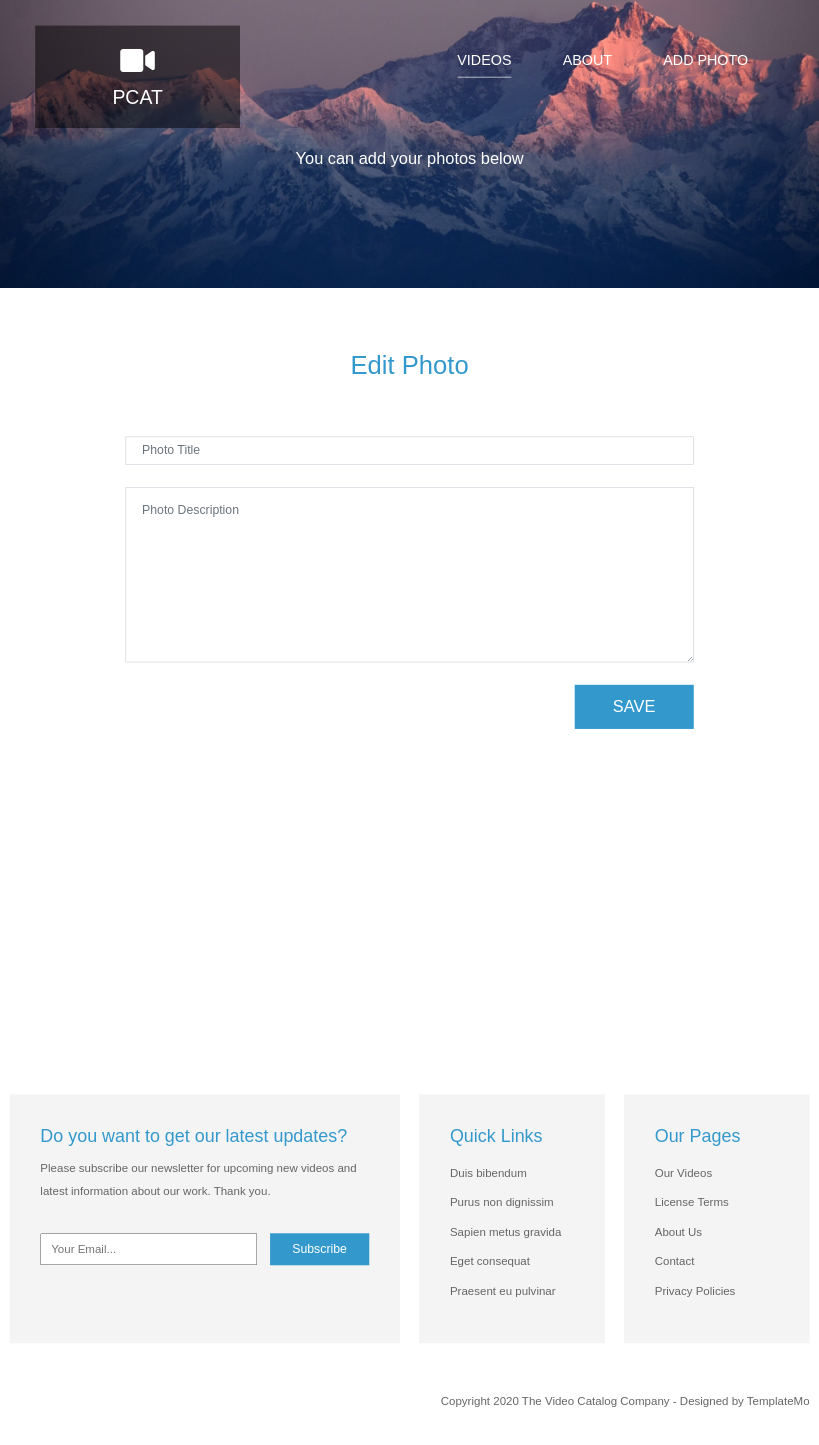
Repository: Marhamat92/PCAT-project-with-node-backend
Page: views/edit.ejs
These files come from the project's save history. The page is drawn as it stood at one moment and after the next save; the edit follows.
The browser window is 1280 px wide. The pictures show the whole page, at 64% of full size.
Backgrounds fixed to the window are drawn as part of the page. Some web fonts or font styles are not loaded; a fallback is used. The page is served by the project's Node server (app.js). Other server files are loaded and not shown. The template is opened directly, without the code that normally fills it, so the values that code supplies are empty.

Above is the page before, as saved 2023-02-23 00:49:27.

### views/edit.ejs
<%- include('partials/_header') %>

  <body>
    <div class="tm-page-wrap mx-auto">
      <div class="position-relative">
        <%- include('partials/_navigation') %>
          <div class="tm-welcome-container tm-fixed-header tm-fixed-header-3">
            <div class="text-center">
              <p class="pt-5 px-3 tm-welcome-text tm-welcome-text-2 mb-1 mt-lg-0 mt-5 text-white mx-auto">
                You can add your photos below
              </p>
            </div>
          </div>

          <div id="tm-fixed-header-bg"></div> <!-- Header image -->
      </div>

      <!-- Page content -->
      <main>
        <div class="container-fluid px-0">
          <div class="mx-auto tm-content-container">
            <div class="row mt-3 mb-5 pb-3">
              <div class="col-12">
                <h2 class="tm-page-title mb-4 tm-text-primary text-center">Edit Photo</h2>
              </div>
            </div>
            <div class="mx-auto pb-3 tm-about-text-container px-3">
              <div class="row">
                <div class="col-lg-12 mb-5">
                  <form method="POST" action="/photos/<%=photo._id%>?_method=PUT" class="tm-contact-form"
                    encType="multipart/form-data">
                    <div class="form-group">
                      <input value="<%= photo.title %>" type="text" name="title" placeholder="Photo Title"
                        class="form-control rounded-0" required />
                    </div>


                    <div class="form-group">
                      <textarea rows="8" name="description" class="form-control rounded-0"
                        placeholder="Photo Description" required><%= photo.description %></textarea>
                    </div>
                    <div class="form-group mb-0">
                      <button type="submit"
                        class="btn btn-primary rounded-0 d-block ml-auto mr-0 tm-btn-animate tm-btn-submit tm-icon-submit"><span>SAVE</span></button>
                    </div>
                  </form>
                </div>

              </div>
            </div>
          </div>

          <div class="parallax-window parallax-window-2" data-parallax="scroll" data-image-src="img/contact-2.jpg">
          </div>


        </div>
      </main>

      <%- include('partials/_footer') %>
    </div>

    <script src="js/jquery-3.4.1.min.js"></script>
    <script src="js/bootstrap.min.js"></script>
    <script src="js/parallax.min.js"></script>
  </body>

  </html>

### views/partials/_header.ejs
<!DOCTYPE html>
<html lang="en">

<head>
  <meta charset="UTF-8">
  <meta name="viewport" content="width=device-width, initial-scale=1.0">
  <title>Video Catalog</title>
  <link rel="stylesheet" href="/fontawesome/css/all.min.css"> <!-- https://fontawesome.com/ -->
  <link href="https://fonts.googleapis.com/css2?family=Source+Sans+Pro&display=swap" rel="stylesheet">
  <!-- https://fonts.google.com/ -->
  <link rel="stylesheet" href="/css/bootstrap.min.css">
  <link rel="stylesheet" href="/css/templatemo-video-catalog.css">
  <!--

TemplateMo 552 Video Catalog

https://templatemo.com/tm-552-video-catalog

-->
</head>

### views/partials/_navigation.ejs
<div class="position-absolute tm-site-header">
  <div class="container-fluid position-relative">
    <div class="row">
      <div class="col-7 col-md-4">
        <a href="/" class="tm-bg-black text-center tm-logo-container">
          <i class="fas fa-video tm-site-logo mb-3"></i>
          <h1 class="tm-site-name">PCAT</h1>
        </a>
      </div>
      <div class="col-5 col-md-8 ml-auto mr-0">
        <div class="tm-site-nav">
          <nav class="navbar navbar-expand-lg mr-0 ml-auto" id="tm-main-nav">
            <button class="navbar-toggler tm-bg-black py-2 px-3 mr-0 ml-auto collapsed" type="button"
              data-toggle="collapse" data-target="#navbar-nav" aria-controls="navbar-nav" aria-expanded="false"
              aria-label="Toggle navigation">
              <span>
                <i class="fas fa-bars tm-menu-closed-icon"></i>
                <i class="fas fa-times tm-menu-opened-icon"></i>
              </span>
            </button>
            <div class="collapse navbar-collapse tm-nav" id="navbar-nav">
              <ul class="navbar-nav text-uppercase">
                <li class="nav-item active">
                  <a class="nav-link tm-nav-link" href="/">Videos <span class="sr-only">(current)</span></a>
                </li>
                <li class="nav-item">
                  <a class="nav-link tm-nav-link" href="/about">About</a>
                </li>
                <li class="nav-item">
                  <a class="nav-link tm-nav-link" href="/add">Add Photo</a>
                </li>
              </ul>
            </div>
          </nav>
        </div>
      </div>
    </div>
  </div>
</div>

### views/partials/_footer.ejs
<div class="container-fluid tm-content-container mx-auto pt-5">
  <!-- Subscribe form and footer links -->
  <div class="row mt-5 pt-3">
    <div class="col-xl-6 col-lg-12 mb-4">
      <div class="tm-bg-gray p-5 h-100">
        <h3 class="tm-text-primary mb-3">Do you want to get our latest updates?</h3>
        <p class="mb-5">Please subscribe our newsletter for upcoming new videos and latest
          information
          about our
          work. Thank you.</p>
        <form action="" method="GET" class="tm-subscribe-form">
          <input type="text" name="email" placeholder="Your Email..." required>
          <button type="submit" class="btn rounded-0 btn-primary tm-btn-small">Subscribe</button>
        </form>
      </div>
    </div>
    <div class="col-xl-3 col-lg-6 col-md-6 col-sm-6 col-12 mb-4">
      <div class="p-5 tm-bg-gray">
        <h3 class="tm-text-primary mb-4">Quick Links</h3>
        <ul class="list-unstyled tm-footer-links">
          <li><a href="#">Duis bibendum</a></li>
          <li><a href="#">Purus non dignissim</a></li>
          <li><a href="#">Sapien metus gravida</a></li>
          <li><a href="#">Eget consequat</a></li>
          <li><a href="#">Praesent eu pulvinar</a></li>
        </ul>
      </div>
    </div>
    <div class="col-xl-3 col-lg-6 col-md-6 col-sm-6 col-12 mb-4">
      <div class="p-5 tm-bg-gray h-100">
        <h3 class="tm-text-primary mb-4">Our Pages</h3>
        <ul class="list-unstyled tm-footer-links">
          <li><a href="#">Our Videos</a></li>
          <li><a href="#">License Terms</a></li>
          <li><a href="#">About Us</a></li>
          <li><a href="#">Contact</a></li>
          <li><a href="#">Privacy Policies</a></li>
        </ul>
      </div>
    </div>
  </div> <!-- row -->

  <footer class="row pt-5">
    <div class="col-12">
      <p class="text-right">Copyright 2020 The Video Catalog Company

        - Designed by <a href="https://templatemo.com" rel="nofollow" target="_parent">TemplateMo</a>
      </p>
    </div>
  </footer>
</div>

### app.js
const express = require('express')  //!express
const app = express()  //!express
const fileUpload = require('express-fileupload'); //!file upload için
const path = require('path')  //!path
const fs = require('fs') //!file system
const ejs = require('ejs') //!ejs
const mongoose = require('mongoose'); //!mongoose
const methodOverride = require('method-override') //!method override and we use this to override the post method to put method since we can't use put method in html form




//!import photo model
const Photo = require('./models/Photo')

// Connect to MongoDB
mongoose.connect('mongodb://localhost/pcat-test-db', { useNewUrlParser: true }, { useUnifiedTopology: true })



// Set view engine
app.set('view engine', 'ejs')


//middlewares
app.use(express.static('public')); //!static dosyaları kullanmak için
app.use(express.urlencoded({ extended: true })); //! parse application/x-www-form-urlencoded //url deki verileri okumak için
app.use(express.json()); //! parse application/json  //json verileri okumak için
app.use(fileUpload()); //!file upload için
app.use(methodOverride('_method'))

//ROUTES
app.get('/', async (req, res) => {
  const photos = await Photo.find({}).sort('-dateCreated')
  res.render('index', { photos })
})

app.get('/about', (req, res) => {
  res.render('about')
})

app.get('/add', (req, res) => {
  res.render('add')
})

//get photo page by id
app.get('/photos/:id', async (req, res) => {
  const id = req.params.id;
  const photo = await Photo.findById(id)
  res.render('photo', { photo })
});


//add photo
app.post('/photos', async (req, res) => {
  // await Photo.create(req.body)
  // res.redirect('/')

  const uploadDir = 'public/uploads';
  if (!fs.existsSync(uploadDir)) { //!eğer uploads klasörü yoksa oluştur
    fs.mkdirSync(uploadDir);
  }
  let imageFile = req.files.image; //!dosya bilgilerini al
  let uploadPath = __dirname + '/public/uploads/' + imageFile.name;  //!dosyanın yükleneceği yolu belirle

  imageFile.mv(  //!dosyayı yükle
    uploadPath,
    async () => {
      await Photo.create({
        ...req.body,
        image: `/uploads/${imageFile.name}`
      })
      res.redirect('/');
    }
  )
})


//edit photo by id
app.get('/photos/edit/:id', async (req, res) => {
  const photo = await Photo.findById(req.params.id)
  res.render('edit', { photo })
})



const port = 3000

app.listen(port, () => {
  console.log(`Server is running on port ${port} ...`)
})

### public/css/templatemo-video-catalog.css
/*

TemplateMo 552 Video Catalog

https://templatemo.com/tm-552-video-catalog

*/

html { scroll-behavior: smooth; overflow-x: hidden; }

body {
    margin: 0;
    padding: 0;
    font-family: 'Source Sans Pro', sans-serif;
    font-size: 18px;
    line-height: 2em;
    overflow-x: hidden;
}

a {
    transition: all 0.3s ease;
    color: #666;
}

a:hover {
    color: #29BBCC;
    text-decoration: none;
}

h2, p { color: #666666; }

.tm-site-header {
    position: absolute;
    z-index: 1000;
    width: 100%;
    top: 0;
    left: 0;
    padding: 40px;
}

.tm-logo-container {
    display: block;
    padding: 30px;
    width: 320px;
    height: 160px;
}

.tm-site-logo { font-size: 3rem; }
.tm-site-name { font-size: 1.9rem; }

#tm-video-container {
    max-height: 720px;
    overflow: hidden;
    background-color: #333;
}

#tm-video {
    width: 100%;
    height: auto;
}

.tm-bg-black {
    background-color: rgba(0,0,0,0.5);
    color: white;
}

.tm-bg-gray { background-color: #F4F4F4; }
.tm-text-primary { color: #3399CC; }
.tm-text-secondary { color: #3CAFAF; }

.tm-nav-link {
    color: white;
    font-size: 1.4rem;
}

#tm-main-nav .nav-item .nav-link { border-bottom: 1px solid transparent; }

#tm-main-nav .nav-item.active .nav-link,
#tm-main-nav .nav-item:hover .nav-link {
    border-bottom: 1px solid white;
    color: white;
}

.tm-welcome-container {
    position: absolute;
    width: 100%;
    height: 100%;
    display: flex;
    justify-content: center;
    flex-direction: column;
    z-index: 999;
}

.tm-welcome-container-inner { margin-top: 100px; }
.tm-welcome-text { font-size: 1.6rem; }

.btn {
    padding: 15px 60px;
    font-size: 1.6rem;
    border: none;
    cursor: pointer;
}

.btn-primary { background-color: #3399CC; }
.btn-primary:hover { background-color: #1674a0; }

/*
    Button hover effect: https://tympanus.net/Development/CreativeButtons/
*/

.tm-btn-animate {
    position: relative;
    overflow: hidden;
    -webkit-backface-visibility: hidden;
    -moz-backface-visibility: hidden;
    backface-visibility: hidden;
    transition: all 0.3s ease;
}

.tm-btn-animate:before {
    left: 0;
    top: -100%;
    position: absolute;
    height: 100%;
    width: 100%;
    line-height: 2.5;
    -webkit-transition: all 0.3s;
    -moz-transition: all 0.3s;
    transition: all 0.3s;
    font-family: "Font Awesome 5 Free";
    font-style: normal;
    font-weight: 900;
    line-height: 1;
    -webkit-font-smoothing: antialiased;
}

.tm-btn-animate:after {
    content: '';
    position: absolute;
    z-index: -1;
    -webkit-transition: all 0.3s;
    -moz-transition: all 0.3s;
    transition: all 0.3s;
}

.tm-btn-animate:hover:before { top: 13px; }

.tm-btn-animate span {
    display: inline-block;
    width: 100%;
    height: 100%;
    -webkit-transition: all 0.3s;
    -webkit-backface-visibility: hidden;
    -moz-transition: all 0.3s;
    -moz-backface-visibility: hidden;
    transition: all 0.3s;
    backface-visibility: hidden;
}

.tm-btn-animate:hover span {
    -webkit-transform: translateY(300%);
    -moz-transform: translateY(300%);
    -ms-transform: translateY(300%);
    transform: translateY(300%);
}

.tm-btn-cta {
    color: white;
    background-color: rgba(0,0,0,0.5);
}

.tm-btn-cta:before { font-size: 180%; }
.tm-btn-download:before { font-size: 120%; }
.tm-btn-submit:before { font-size: 120%; }
.tm-icon-down:before { content: '\f078'; }
.tm-icon-download:before { content: '\f019'; }
.tm-icon-submit:before { content: '\f1d8'; }
.tm-icon-submit:hover:before { top: 18px; }
.tm-btn-cta:hover { color: white; }

.tm-btn-download:hover,
.tm-btn-download:focus,
.tm-btn-submit:hover,
.tm-btn-submit:focus {
    color: white;
    background-color: #3399CC;
}

.tm-btn-download span { padding-top: 10px; }
.tm-btn-small {
    padding: 10.5px 35px;
    font-size: 1.2rem;
}

#tm-video-control-button {
    position: absolute;
    bottom: 20px;
    right: 20px;
    z-index: 1000;
}

.tm-content-container {
    max-width: 1422px;
    padding-top: 80px;
    padding-bottom: 35px;
}

.tm-page-title { font-size: 2.5rem; }
.tm-catalog-item-list { justify-content: start; }

.tm-catalog-item {
    max-width: 462px;
    display: flex;
    flex-direction: column;
    margin-bottom: 64px;
}

.tm-thumbnail-container { overflow: hidden; }
.tm-thumbnail-container img { transition: all 0.3s ease; }
.tm-thumbnail-container:hover img { transform: scale(1.2) rotate(5deg); }

.tm-img-overlay {
    top: 0;
    left: 0;
    width: 100%;
    height: 100%;
    display: flex;
    align-items: center;
    justify-content: center;
    background-color: rgba(0,0,0,0.4);
    cursor: pointer;
    transition: all 0.3s ease: ;
}

.tm-overlay-icon {
    color: #a7a7a7;
    opacity: 1;
    font-size: 2rem;
    padding: 10px 15px;
    background-color: rgba(0,0,0,0.5);
    border-radius: 50%;
    width: 70px;
    height: 70px;
    display: flex;
    align-items: center;
    justify-content: center;
    padding-right: 8px;
    z-index: 1002;
    transition: all 0.3s ease;
}

.tm-img-overlay:hover { background-color: transparent; }
.tm-img-overlay:hover .tm-overlay-icon { opacity: 0; }
.tm-catalog-item-description { flex: 1; }

.tm-categories-container {
    display: flex;
    align-items: center;
}

.tm-categories-text { margin-right: 16px; }
.tm-category-list { font-size: 1.75rem; }
.tm-category-item { margin: 16px; }

.tm-category-link {
    color: #3399CC;
    padding: 10px;
    border-bottom: 3px solid transparent;
}

.tm-category-link.active,
.tm-category-link:hover {
    border-bottom: 3px solid #3399CC;
    color: #3399CC;
}

.tm-paging-link {
    background-color: #F4F4F4;
    margin-right: 12px;
    font-size: 1.5rem;
    width: 60px;
    height: 60px;
    display: flex;
    align-items: center;
    justify-content: center;
}

.nav-item.active > .tm-paging-link,
.nav-item:hover > .tm-paging-link {
    background-color: #CCC;
    color: #666666;
}

.tm-subscribe-form {
    display: flex;
    align-items: center;
}

.tm-subscribe-form > input {
    padding: 5px 15px;
    margin-right: 20px;
    flex: 1;
    max-width: 382px;
}

.tm-footer-links > li { margin-bottom: 10px; }

/*Video detail page*/

.tm-video-title { font-size: 2.5rem; }
.tm-share-box {
    font-size: 1.4rem;
    padding: 3rem;
}
.tm-share-box-title { font-size: 1.4rem; }

.tm-bg-white {
    background-color: white;
    border: 1px solid #CDCECF;
    border-radius: 5px;
}

.tm-share-button {
    width: 52px;
    height: 52px;
    display: flex;
    align-items: center;
    justify-content: center;
    margin-right: 24px;
}

.tm-share-button:last-child { margin-right: 0; }
.tm-text-link { color: #3399CC; }

.tm-likes-box,
.tm-btn-download {
    width: 280px;
    height: 60px;
}

.tm-likes-box { padding-top: 12px; }
.tm-video-description-box { max-width: 920px; }
.tm-text-gray { color: #6F7071; }

.tm-fixed-header {
    background-position: center;
    background-repeat: no-repeat;
    background-attachment: fixed;
    background-size: cover;
    background-color: #666;
}

#tm-fixed-header-bg { height: 450px; }
.tm-fixed-header-1 { background-image: url(../img/video-detail-1.jpg); }
.tm-fixed-header-2 { background-image: url(../img/about-1.jpg); }
.tm-fixed-header-3 { background-image: url(../img/contact-1.jpg); }

video {
  width: 100%;
  height: auto;
}

.fa-facebook { color: #3b5998; }
.fa-twitter { color: #00acee; }
.fa-pinterest { color: #c8232c; }
.tm-liked-icon { display: none; }
.tm-not-liked-icon { display: inline-block; }
.tm-liked-icon, .tm-not-liked-icon { margin-top: 3px; }
.tm-liked .tm-liked-icon { display: inline-block; }
.tm-liked .tm-not-liked-icon { display: none; }
.tm-welcome-text-2 { max-width: 575px; }
.tm-share-button:hover { background-color: #e9ecef; }

/*About*/
.tm-about-text-container { max-width: 920px; }

.parallax-window {
    min-height: 270px;
    background: transparent;
}

.parallax-window-2 {
    min-height: 360px;
}

.tm-about-icon {
    color: #999;
}

/* Contact */
.mapouter{
    position:relative;
    text-align:right;
    height:540px;
    width:100%;
}

.gmap_canvas {
    overflow:hidden;
    background:none!important;
    height:540px;
    width:100%;
}

.form-control {
    font-size: 1.2rem;
    padding: 21px 25px;
}

.form-group {
    margin-bottom: 35px;
}

#contact-select {
    height: 60px;
    border-radius: 0;
}

#contact-select:not([multiple]) {
  -webkit-appearance: none;
  -moz-appearance: none;
  background-position: right 15px center;
  background-repeat: no-repeat;
  background-image: url(../img/select-arrow.png);
  padding: 14px 20px;
  padding-right: 20px;
  color: #666;
}
.tm-testimonial-text {
    max-width: 420px;
    font-style: italic;
}

@media (min-width: 992px) {
    #tm-main-nav .nav-item { margin: 20px 40px; }
    .navbar-expand-lg .navbar-nav .nav-link { padding: 8px 0px; }
    .navbar-expand-lg .navbar-collapse { justify-content: flex-end; }
}

@media (max-width: 1419px) {
    .tm-catalog-item { margin-bottom: 30px; }
}

@media (max-width: 991px) {
    .navbar {
        max-width: 220px;
        position: absolute;
        top: 0;
        right: 0;
        padding: 0;
    }

    .navbar-collapse {
        background-color: rgba(0,0,0,0.5);
        border-radius: 5px;
        border-top-right-radius: 0;
        padding: 10px 15px;
    }

    .nav-item { margin-bottom: 10px; }

    .navbar-toggler {
        border-bottom-left-radius: 0;
        border-bottom-right-radius: 0;
        width: 52px;
        height: 40px;
    }

    .navbar-toggler.collapsed {
        border-bottom-left-radius: .25rem;
        border-bottom-right-radius: .25rem;
    }

    .navbar-toggler i.tm-menu-opened-icon { display: block; }
    .navbar-toggler i.tm-menu-closed-icon { display: none; }
    .navbar-toggler.collapsed i.tm-menu-opened-icon { display: none; }
    .navbar-toggler.collapsed i.tm-menu-closed-icon { display: block; }
    .tm-welcome-container-inner { margin-top: 150px; }
    .tm-welcome-text { font-size: 1.4rem; }

    #tm-video {
        width: 888px;
        height: 500px;
    }

    .tm-logo-container {
        height: 160px;
        width: 250px;
    }

    .tm-site-header { padding: 20px; }
    .tm-catalog-item-list { max-width: 924px; }
    .tm-share-box { max-width: 400px; }
}

@media (max-width: 879px) {
    .tm-categories-container {
        flex-direction: column;
        align-items: flex-start;
    }
}

@media (max-width: 640px) {
    .tm-subscribe-form {
        flex-direction: column;
        align-items: stretch;
    }

    .tm-subscribe-form > input {
       max-width: 100%;
    }

    .tm-subscribe-form input {
        margin-right: 0;
        margin-bottom: 15px;
    }

    .tm-share-box {
        padding-left: 1.5rem;
        padding-right: 1.5rem;
    }
}

@media (max-width: 419px) {
    .tm-testimonial {
        flex-direction: column;
    }
}

Loaded but not shown: public/fontawesome/css/all.min.css (library); public/css/bootstrap.min.css (library); public/js/jquery-3.4.1.min.js (library); public/js/bootstrap.min.js (library); public/js/parallax.min.js (library)

After the next save:
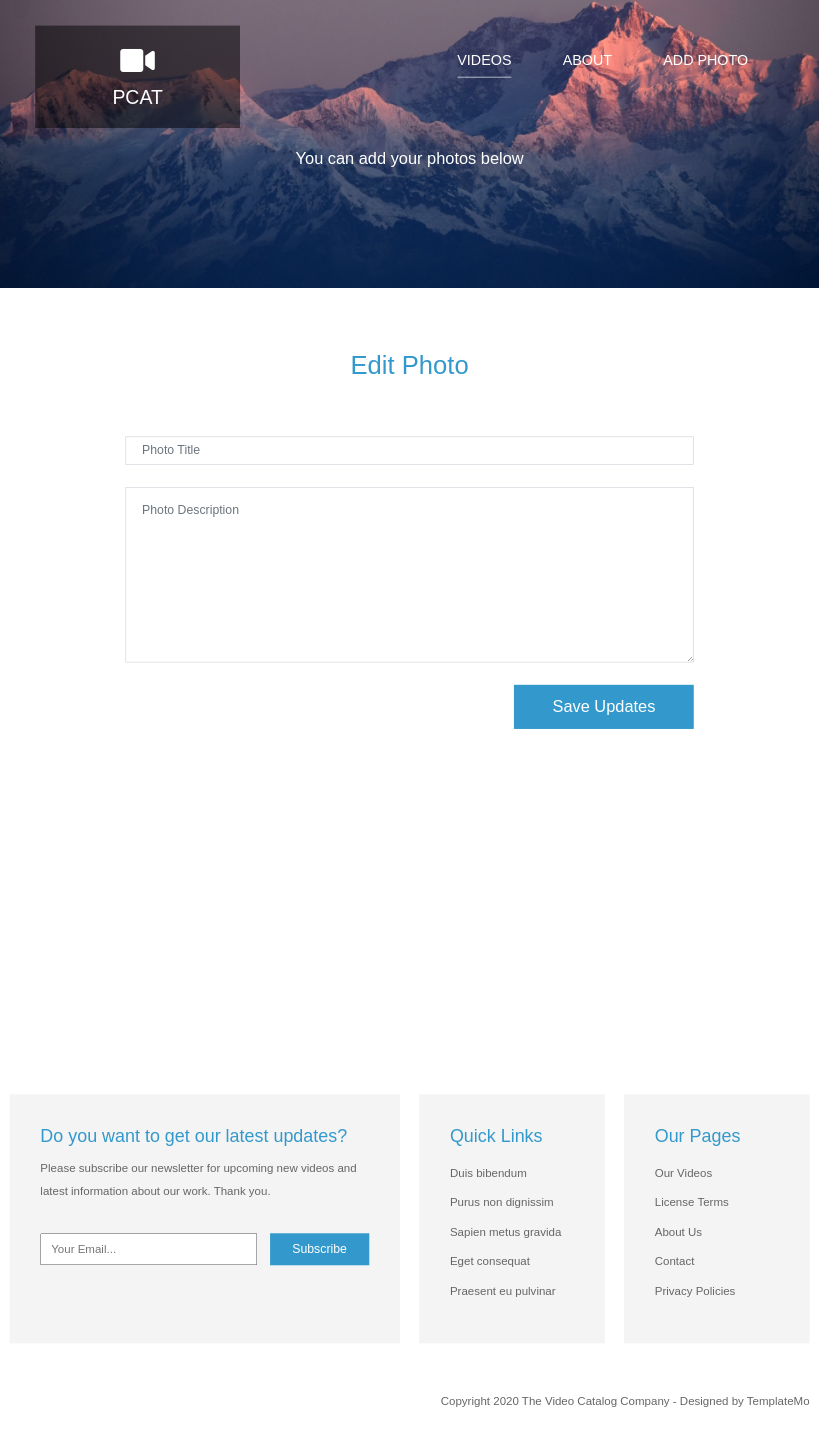
Saved 20 s later.
--- a/views/edit.ejs
+++ b/views/edit.ejs
@@ -41,7 +41,8 @@
                     </div>
                     <div class="form-group mb-0">
                       <button type="submit"
-                        class="btn btn-primary rounded-0 d-block ml-auto mr-0 tm-btn-animate tm-btn-submit tm-icon-submit"><span>SAVE</span></button>
+                        class="btn btn-primary rounded-0 d-block ml-auto mr-0 tm-btn-animate tm-btn-submit tm-icon-submit"><span>Save
+                          Updates</span></button>
                     </div>
                   </form>
                 </div>
